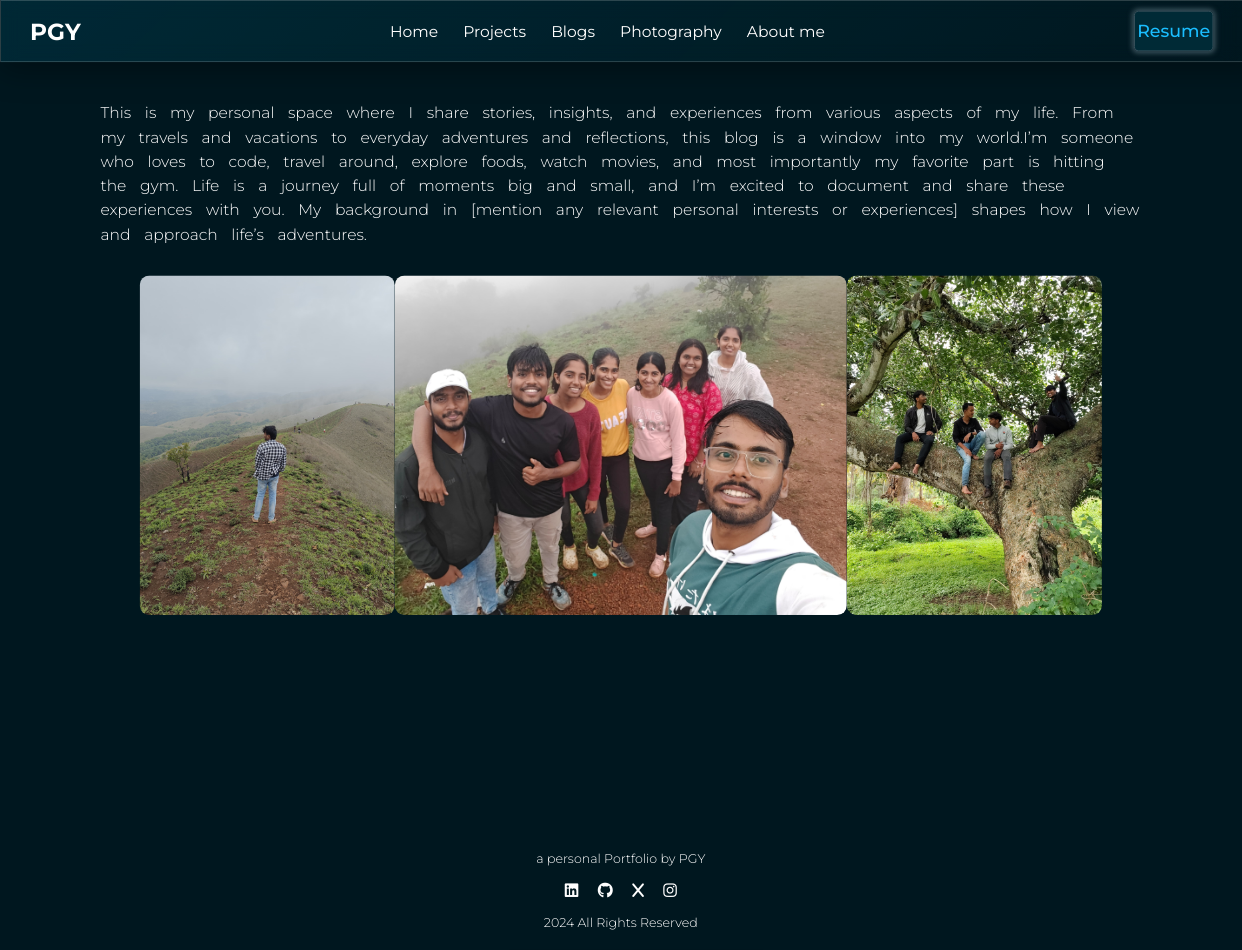
Repository: pgyunknown/pgyunknown
Page: personal_blog.html
These files come from the project's save history. The page is drawn as it stood at one moment and after the next save; the edit follows.
The browser window is 1280 px wide. The pictures show the whole page, at 97% of full size.
Some web libraries are served in a nearby version.

Above is the page before, as saved 2024-08-16 19:14:56.

After the next save:
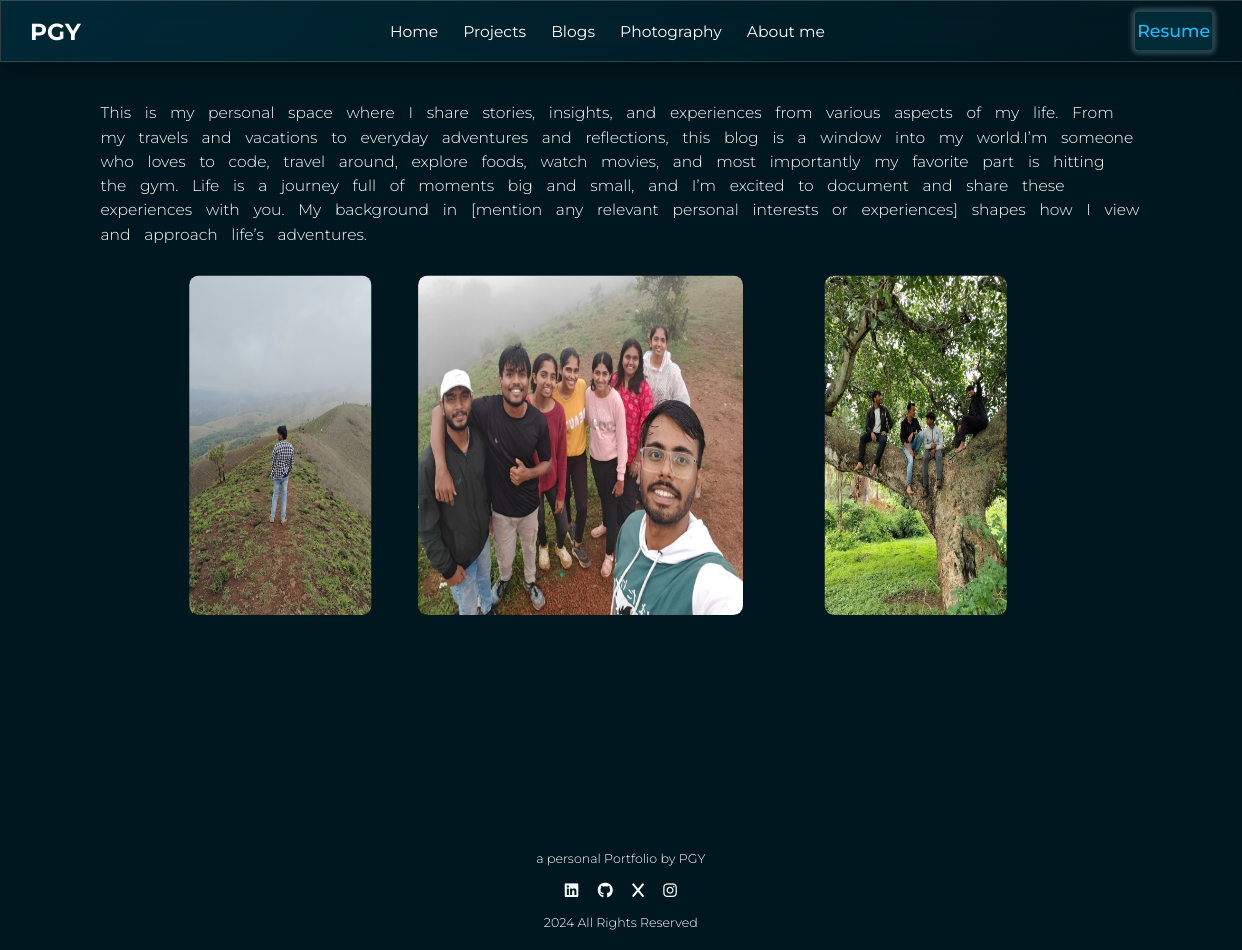
Saved 6 s later.
--- a/personal_blog.css
+++ b/personal_blog.css
@@ -148,7 +148,7 @@ main .contianer img{
     align-items: center;
     box-sizing: content-box;
     height: 350px;
-    width: 80 ;
+    width: 80% ;
     padding:
     border: 0.5px solid white;
     border-radius: 10px;
